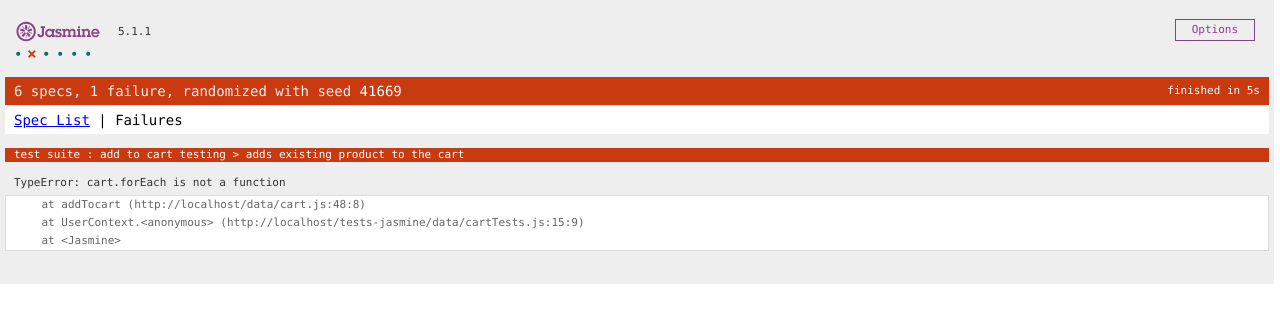
Repository: Gaurav124937/Javascirpt-amazon-clone
Page: tests-jasmine/tests.html
These files come from the project's save history. The page is drawn as it stood at one moment and after the next save; the edit follows.
The browser window is 1280 px wide. The pictures show the whole page.

Above is the page before, as saved 2026-10-14 21:37:06.

After the next save:
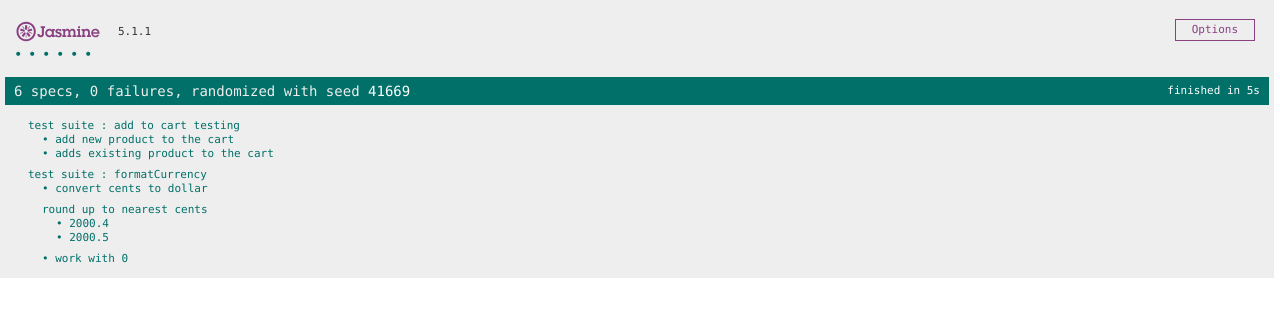
Saved 15 min 38 s later.
--- a/tests-jasmine/data/cartTests.js
+++ b/tests-jasmine/data/cartTests.js
@@ -3,13 +3,13 @@
     it('adds existing product to the cart', () => {
         spyOn(localStorage, 'setItem');
         spyOn(localStorage, 'getItem').and.callFake(() => {
-            return JSON.stringify(
+            return JSON.stringify([
                 {
                     productId: "e43638ce-6aa0-4b85-b27f-e1d07eb678c6",
                     quantity: 1,
                     deliveryOptionId: "1",
                 }
-            );
+            ]);
         });
         loadFromStorage();
         addTocart('e43638ce-6aa0-4b85-b27f-e1d07eb678c6');
